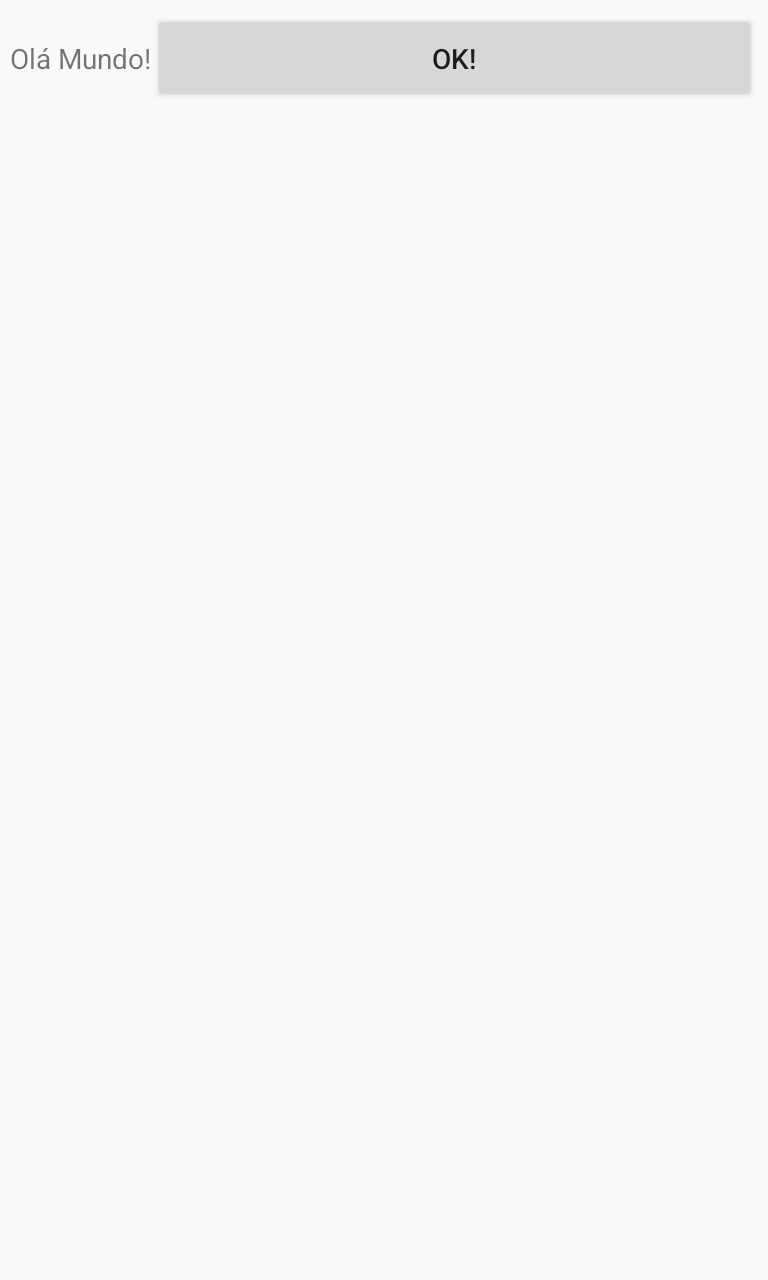
Repository: KaioWeb1/app-minhaCidade
Layout: OlaMundo/res/layout/principal.xml
An editor plug-in stored every save of this project. The layout is shown before and after a run of saves, followed by the edit.
It is drawn on a 768 x 1280 px phone screen (xhdpi) without system bars, with theme AppTheme; the app's code is not run.

Above is the layout before, as saved 2014-09-05 15:00:10.

### OlaMundo/res/layout/principal.xml
<LinearLayout xmlns:android="http://schemas.android.com/apk/res/android"
    xmlns:tools="http://schemas.android.com/tools"
    android:layout_width="match_parent"
    android:layout_height="match_parent"
  	 android:padding="5dp"
    tools:context="br.com.example.olamundo.OlaMundoActivity" >

    <TextView
        android:layout_width="wrap_content"
        android:layout_height="wrap_content"
        android:text="@string/hello_world" />

    <Button
        android:layout_width="match_parent"
        android:layout_height="wrap_content"
        android:text="@string/ok"
        />

</LinearLayout>

### OlaMundo/res/values/strings.xml
<?xml version="1.0" encoding="utf-8"?>
<resources>

    <string name="app_name">MinhaCidade</string>
    <string name="hello_world">Olá Mundo!</string>
    <string name="action_settings">Configurações</string>
    <string name="ok">OK!</string>


</resources>

Loaded but not shown: OlaMundo/res/values/styles.xml (common file); OlaMundo/res/values-v11/styles.xml (common file); OlaMundo/res/values-v14/styles.xml (common file)

After the next 2 saves:
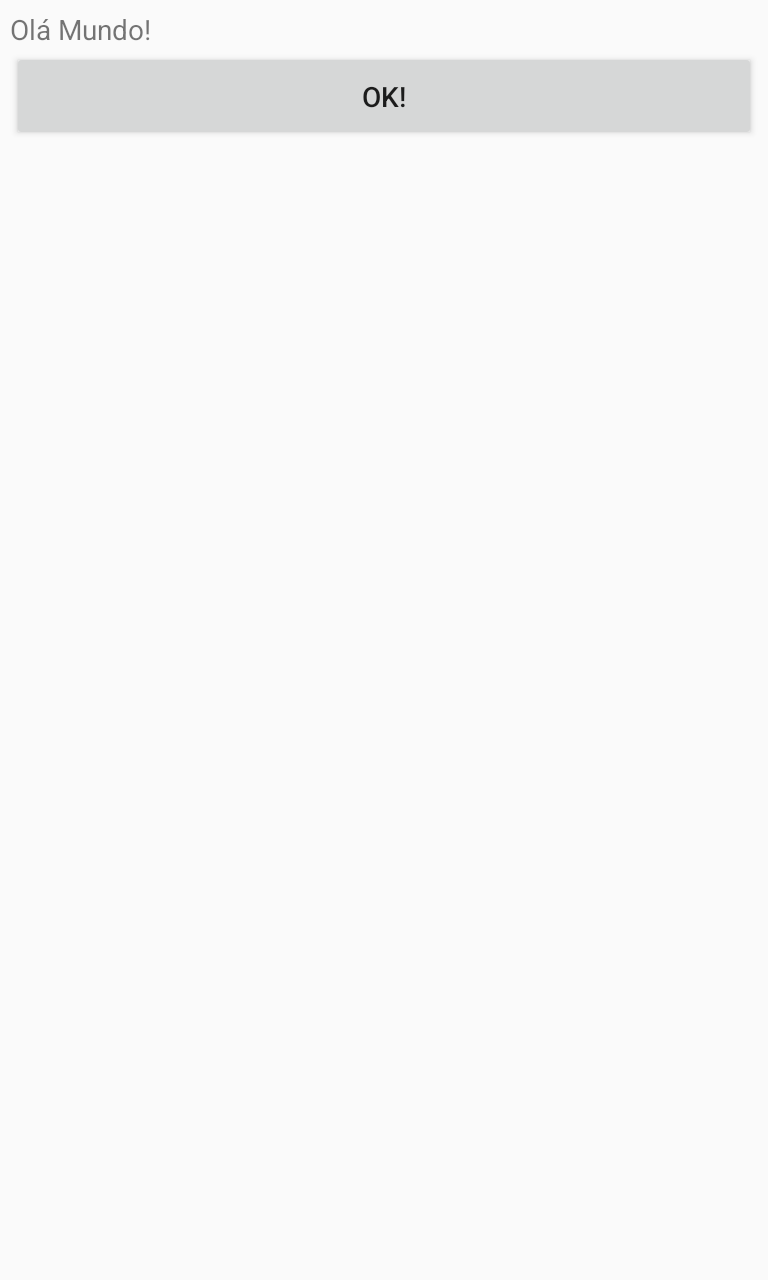
The 2 saves are shown as one change because they came seconds apart.
The last was saved 28 s later.
--- a/OlaMundo/res/layout/principal.xml
+++ b/OlaMundo/res/layout/principal.xml
@@ -3,7 +3,8 @@
     android:layout_width="match_parent"
     android:layout_height="match_parent"
   	 android:padding="5dp"
-    tools:context="br.com.example.olamundo.OlaMundoActivity" >
+    tools:context="br.com.example.olamundo.OlaMundoActivity"
+    android:orientation="vertical">
 
     <TextView
         android:layout_width="wrap_content"
